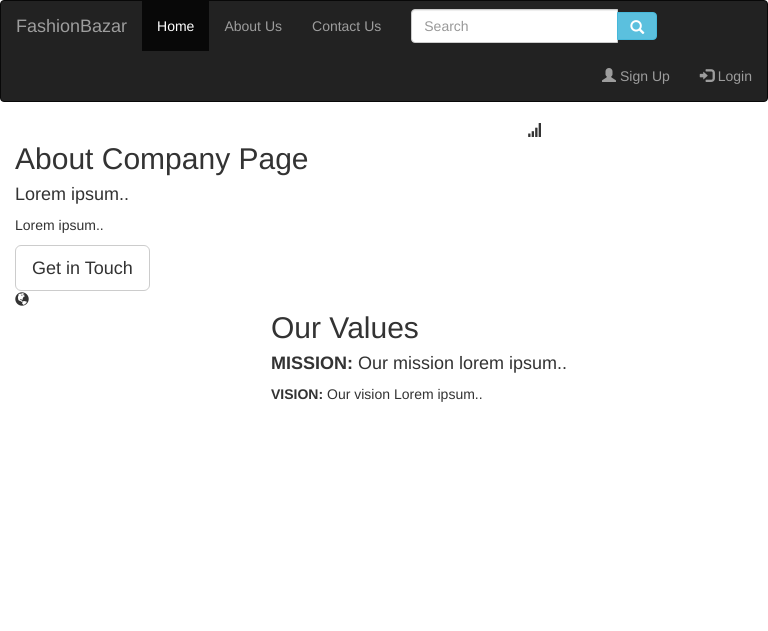
Repository: SmithaMendonca/Project-1
Page: http://localhost/FashionBazarFrontend/WEB-INF/views/AboutUs.jsp
An editor plug-in stored every save of this project. The page is shown before and after the next save, followed by the edit.
The browser window is 768 px wide. The pictures show the whole page.
The page is served by Tomcat 9. Nobody is signed in. Other server files are loaded and not shown. The template is opened directly, without the code that normally fills it, so the values that code supplies are empty.

Above is the page before, as saved 2019-06-06 04:48:39.

### FashionBazarFrontend/src/main/webapp/WEB-INF/views/AboutUs.jsp
<%@include file="Header.jsp"%>
<html>
<head>
<style>

</style>

</head>
<body>
	<div class="container-fluid">
  <div class="row">
    <div class="col-sm-8">
      <h2>About Company Page</h2>
      <h4>Lorem ipsum..</h4>
      <p>Lorem ipsum..</p>
      <button class="btn btn-default btn-lg">Get in Touch</button>
    </div>
    <div class="col-sm-4">
      <span class="glyphicon glyphicon-signal logo"></span>
    </div>
  </div>
</div>

	<div class="container-fluid bg-grey">
  <div class="row">
    <div class="col-sm-4">
      <span class="glyphicon glyphicon-globe logo"></span>
    </div>
    <div class="col-sm-8">
      <h2>Our Values</h2>
      <h4><strong>MISSION:</strong> Our mission lorem ipsum..</h4>
      <p><strong>VISION:</strong> Our vision Lorem ipsum..</p>
    </div>
  </div>
</div>

</body>
</html>

### FashionBazarFrontend/src/main/webapp/WEB-INF/views/Header.jsp
<%@ page language="java" contentType="text/html"%>
<%@ taglib uri="http://java.sun.com/jsp/jstl/core" prefix="c"%>
<%@taglib prefix="form" uri="http://www.springframework.org/tags/form"%>
<html>
<head>
<title>Welcome to Fashion Bazar</title>
 <meta charset="utf-8">
 <meta name="viewport" content="width=device-width, initial-scale=1">
 <link rel="stylesheet" href="https://maxcdn.bootstrapcdn.com/bootstrap/3.4.0/css/bootstrap.min.css">
  <script src="https://ajax.googleapis.com/ajax/libs/jquery/3.4.0/jquery.min.js"></script>
  <script src="https://maxcdn.bootstrapcdn.com/bootstrap/3.4.0/js/bootstrap.min.js"></script>
</head>
<body>
	  <nav class="navbar navbar-inverse">
      <div class="container-fluid">
        <div class="navbar-header">
	         <a class="navbar-brand" href="#">FashionBazar</a>
        </div>
        <ul class="nav navbar-nav">
         <c:if test="${!sessionScope.loggedIn }">
	      <li class="active"><a href="index.jsp">Home</a></li>
          <li><a href="<c:url value="/aboutus"/>">About Us</a></li>
          <li><a href="<c:url value="/contactus"/>">Contact Us</a></li>
          <form class="navbar-form navbar-left">
  				<div class="input-group">
    			  <input type="text" class="form-control" placeholder="Search">
   				 	<div class="input-group-btn">
      				<button class="btn btn-info" type="button">
        				<span class="glyphicon glyphicon-search"></span>
      				</button>
    				</div>
  				</div>
			</form>
         </c:if>

         <c:if test="${sessionScope.loggedIn }">
               <c:if test="${sessionScope.role=='ROLE_ADMIN' }">
	      <li><a href="<c:url value="/category"/>">Category Management</a></li>
          <li><a href="<c:url value="/product"/>">Product Management</a></li>
               </c:if>
         </c:if>

          <c:if test="${sessionScope.loggedIn }">
              <c:if test="${sessionScope.role=='ROLE_USER' }">
           <li><a href="<c:url value="/productPage"/>">Products</a></li>
          <li><a href="<c:url value="/showCart"/>">Cart</a></li>
              </c:if>
          </c:if>
       </ul>

       <ul class="nav navbar-nav navbar-right">
         <c:if test="${!sessionScope.loggedIn }">
	     	<li><a href="<c:url value="/register"/>"><span class="glyphicon glyphicon-user"></span> Sign Up</a></li>
        	 <li><a href="<c:url value="/login"/>"><span class="glyphicon glyphicon-log-in"></span> Login</a></li>
         </c:if>

         <c:if test="${sessionScope.loggedIn }">
            <li><a href="#"><span class="glyphicon glyphicon-user"></span>Hi ${sessionScope.username}</a></li>
            <li><a href="<c:url value="/perform_logout"/>"><span class="glyphicon glyphicon-log-in"></span> Logout</a></li>
         </c:if>
       </ul>
     </div>
    </nav>
</body>
</html>

After the next save:
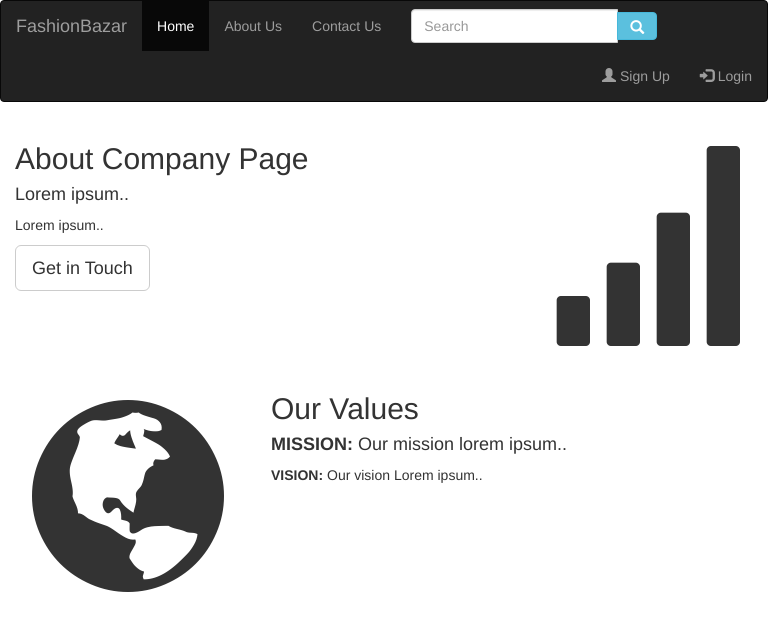
Saved 21 s later.
--- a/FashionBazarFrontend/src/main/webapp/WEB-INF/views/AboutUs.jsp
+++ b/FashionBazarFrontend/src/main/webapp/WEB-INF/views/AboutUs.jsp
@@ -2,6 +2,15 @@
 <html>
 <head>
 <style>
+ .logo {
+  font-size: 200px;
+}
+@media screen and (max-width: 768px) {
+  .col-sm-4 {
+    text-align: center;
+    margin: 25px 0;
+  }
+}
 
 </style>
 
